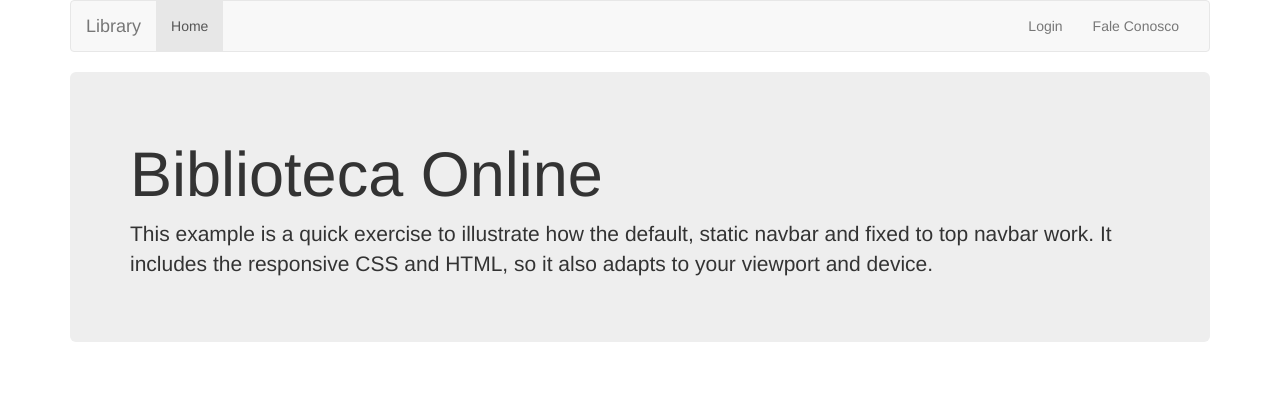
Repository: stefanyco/biblioteca
Page: http://localhost/Biblioteca/cabecalho.jsp
An editor plug-in stored every save of this project. The page is shown before and after the next save, followed by the edit.
The browser window is 1280 px wide. The pictures show the whole page.
The page is served by Tomcat 9.

Above is the page before, as saved 2016-11-08 21:21:13.

After the next save:
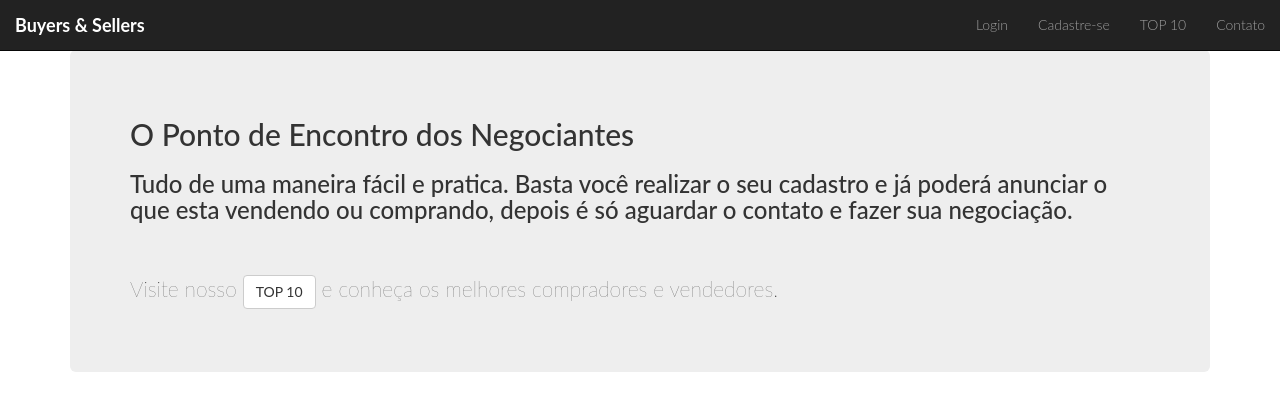
Saved 6 min 22 s later.
--- a/Sistema Biblioteca/Biblioteca/WebContent/cabecalho.jsp
+++ b/Sistema Biblioteca/Biblioteca/WebContent/cabecalho.jsp
@@ -3,43 +3,51 @@
 <!DOCTYPE html PUBLIC "-//W3C//DTD HTML 4.01 Transitional//EN" "http://www.w3.org/TR/html4/loose.dtd">
 <html>
 <head>
-<meta http-equiv="Content-Type" content="text/html; charset=ISO-8859-1">
-<link href="bootstrap.min.css" rel="stylesheet">
+	<link href="bootstrap.min.css" rel="stylesheet">
+	<link href="estilo.css" rel="stylesheet">
+	<meta content="width=device-width, initial-scale=1.0">
+	<meta http-equiv="Content-Type" content="text/html; charset=ISO-8859-1">
 </head>
 <body>
-
 	<div class="container">
-
-		<!-- Static navbar -->
-		<nav class="navbar navbar-default">
+		<nav class="navbar navbar-inverse navbar-fixed-top">
 		<div class="container-fluid">
 			<div class="navbar-header">
-				<a class="navbar-brand" href="#">Library</a>
+				<button type="button" class="navbar-toggle collapsed"
+					data-toggle="collapse" data-target="#navbar" aria-expanded="false"
+					aria-controls="navbar">
+					<span class="sr-only">Toggle navigation</span> <span
+						class="icon-bar"></span> <span class="icon-bar"></span> <span
+						class="icon-bar"></span>
+				</button>
+				<a class="navbar-brand" href="index.jsp">Buyers & Sellers</a>
 			</div>
+
 			<div id="navbar" class="navbar-collapse collapse">
-				<ul class="nav navbar-nav">
-					<li class="active"><a href="#">Home</a></li>
+				<ul class="nav navbar-nav navbar-right">
+					<li><a href="Login.jsp">Login</a></li>
+					<li><a href="adicionaPessoa.jsp">Cadastre-se</a></li>
+					<li><a href="Top10.jsp">TOP 10</a></li>
+					<li><a href="contato.jsp">Contato</a></li>
 				</ul>
-				<ul class="nav navbar-nav navbar-right">
-					<li><a href="login.jsp">Login</a></li>
-					<li><a href="contato.jsp">Fale Conosco</a></li>
-				</ul>
+
+		</nav>
+		<div class="row">
+			<div class="col-md-12">
+				<div class="jumbotron">
+					<h2>O Ponto de Encontro dos Negociantes</h2>
+					<h3>Tudo de uma maneira fácil e pratica. Basta você realizar o seu cadastro e já poderá anunciar o que
+					esta vendendo ou comprando, depois é só aguardar o contato e fazer sua negociação.
+					</h3>
+					</br>
+					</br>
+					<p>
+						Visite nosso <a href="Top10.jsp" class="btn btn-default"">TOP 10</a>
+						e conheça os melhores compradores e vendedores.
+					</p>
+				</div>
 			</div>
-			<!--/.nav-collapse -->
 		</div>
-		<!--/.container-fluid --> </nav>
-
-		<!-- Main component for a primary marketing message or call to action -->
-		<div class="jumbotron">
-			<h1>Biblioteca Online</h1>
-			<p>This example is a quick exercise to illustrate how the
-				default, static navbar and fixed to top navbar work. It includes the
-				responsive CSS and HTML, so it also adapts to your viewport and
-				device.</p>
-		</div>
-
-	</div>
-	<!-- /container -->
 
 </body>
 </html>
